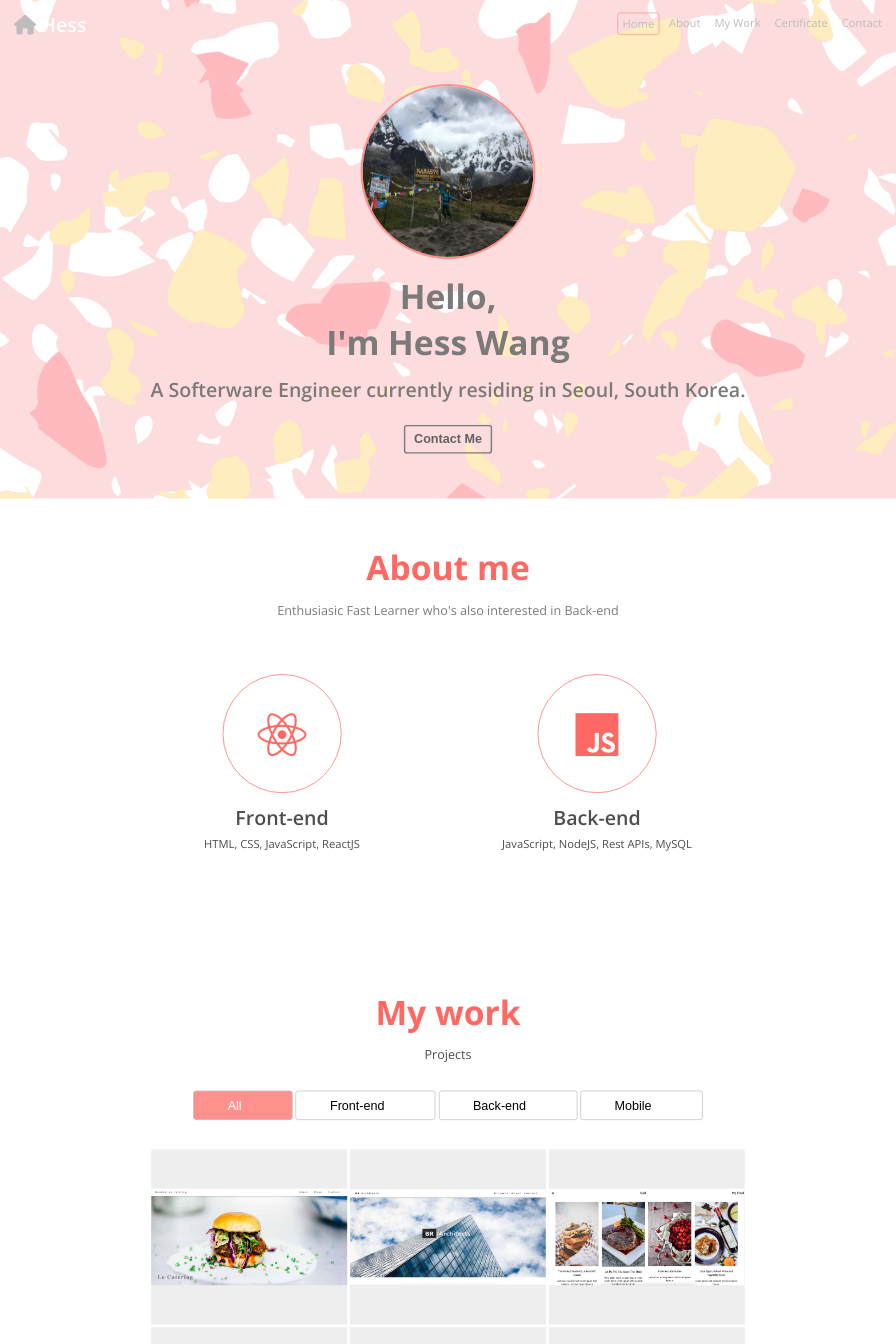
Repository: hesshess/Portfolio
Page: index.html
These files come from the project's save history. The page is drawn as it stood at one moment and after the next save; the edit follows.
The browser window is 1280 px wide. The pictures show the part of the page from y = 0 to 1920 px (the page is 3375 px tall before and 3890 px after), at 70% of full size.
Some web libraries are served in a nearby version.

Above is the page before, as saved 2022-10-19 11:53:07.

### index.html
<!DOCTYPE html>
<html lang="en">
  <head>
    <meta charset="UTF-8" />
    <meta name="viewport" content="width=device-width, initial-scale=1.0" />
    <title>Hess's Portfolio</title>
    <meta
      name="description"
      content="Portfolio for world-renowed software engineer Hess"
    />
    <meta name="author" content="Hess" />
    <link rel="icon" type="image/png" href="imgs/favicon.png" />
    <script
      src="https://kit.fontawesome.com/1af2041847.js"
      crossorigin="anonymous"
    ></script>
    <link
      href="https://fonts.googleapis.com/css2?family=Amatic+SC:wght@400;700&family=Open+Sans:wght@400;600;700&display=swap"
      rel="stylesheet"
    />
    <link rel="stylesheet" href="style.css" />
    <script src="main.js" defer></script>
  </head>
  <body>
    <!-- Navbar -->
    <nav id="navbar">
      <div class="navbar__logo">
        <i class="fas fa-home"></i>
        <a href="#">Hess</a>
      </div>
      <div class="navbar__menu">
        <ul class="navbar__menu">
          <li class="navbar__menu__item active" data-link="#home">Home</li>
          <li class="navbar__menu__item" data-link="#about">About</li>
          <li class="navbar__menu__item" data-link="#work">My Work</li>
          <li class="navbar__menu__item" data-link="#testimonials">
            Certificate
          </li>
          <li class="navbar__menu__item" data-link="#contact">Contact</li>
        </ul>
      </div>
      <!-- Toggle button -->
      <button class="navbar__toggle-btn">
        <i class="fas fa-bars"></i>
      </button>
    </nav>
    <!-- Home -->
    <section id="home">
      <div class="home__container">
        <img
          src="imgs/profile.JPG"
          alt="Hess's profile Photo"
          class="home__avatar"
        />

        <h1 class="home__title">Hello, <br />I'm Hess Wang</h1>
        <h2 class="home__description">
          A Softerware Engineer currently residing in Seoul, South Korea.
        </h2>
        <button class="home__contact" data-link="#contact">Contact Me</button>
      </div>
    </section>

    <!-- About -->

    <section id="about" class="section section__container">
      <h1>About me</h1>
      <p>Enthusiasic Fast Learner who's also interested in Back-end</p>
      <div class="about__majors">
        <div class="major">
          <div class="major__icon">
            <i class="fab fa-react"></i>
          </div>
          <h2 class="major__title">Front-end</h2>
          <div class="major__description">
            HTML, CSS, JavaScript, ReactJS
          </div>
        </div>
        <div class="major">
          <div class="major__icon">
            <i class="fab fa-js"></i>
          </div>
          <h2 class="major__title">Back-end</h2>
          <div class="major__description">
            JavaScript, NodeJS, Rest APIs, MySQL
          </div>
        </div>
      </div>
    </section>


    <!-- Work -->
    <section id="work" class="section">
      <div class="section__container">
        <h1>My work</h1>
        <h3>Projects</h3>
        <div class="work__categories">
          <button class="category__btn active" data-filter="*">
            All<span class="category__count">8</span>
          </button>
          <button class="category__btn" data-filter="front-end">
            Front-end<span class="category__count">3</span>
          </button>
          <button class="category__btn" data-filter="back-end">
            Back-end<span class="category__count">3</span>
          </button>
          <button class="category__btn" data-filter="mobile">
            Mobile<span class="category__count">2</span>
          </button>
        </div>

        <div class="work__projects">
          <a
          href="https://hesshess.github.io/clonecoding-assignment/1-gourtmet-au-catering/template1.html"
          class="project"
          target="blank"
          data-type="front-end"
        >
          <img
            src="./imgs/work/template1.png"
            alt="Youtube"
            class="project__img"
          />
          <div class="project__description">
            <h3>Youtube Site</h3>
            <span>Clone coding with HTML and CSS</span>
          </div>
        </a>
        <a
          href="https://hesshess.github.io/clonecoding-assignment/2-ba-architects/template2.html"
          class="project"
          target="blank"
          data-type="front-end"
        >
          <img
            src="./imgs/work/template2.png"
            alt="Youtube"
            class="project__img"
          />
          <div class="project__description">
            <h3>Youtube Site</h3>
            <span>Clone coding with HTML and CSS</span>
          </div>
        </a>
        <a
          href="https://hesshess.github.io/clonecoding-assignment/3-food-blog/template3.html"
          class="project"
          target="blank"
          data-type="front-end"
        >
          <img
            src="./imgs/work/template3.png"
            alt="Youtube"
            class="project__img"
          />
          <div class="project__description">
            <h3>Youtube Site</h3>
            <span>Clone coding with HTML and CSS</span>
          </div>
        </a>
        <a
          href="https://hesshess.github.io/clonecoding-assignment/4-wedding-invitation/template4.html"
          class="project"
          target="blank"
          data-type="front-end"
        >
          <img
            src="./imgs/work/template4.png"
            alt="Youtube"
            class="project__img"
          />
          <div class="project__description">
            <h3>Youtube Site</h3>
            <span>Clone coding with HTML and CSS</span>
          </div>
        </a>
        <a
          href="https://hesshess.github.io/clonecoding-assignment/5-nature-portfolio/template5.html"
          class="project"
          target="blank"
          data-type="front-end"
        >
          <img
            src="./imgs/work/template5.png"
            alt="Youtube"
            class="project__img"
          />
          <div class="project__description">
            <h3>Youtube Site</h3>
            <span>Clone coding with HTML and CSS</span>
          </div>
        </a>
          <a
            href="깃허브링크"
            class="project"
            target="blank"
            data-type="back-end"
          >
            <img src="imgs/projects/2.jpg" alt="Youtube" class="project__img" />
            <div class="project__description">
              <h3>Youtube Site</h3>
              <span>Clone coding with HTML and CSS</span>
            </div>
          </a>
          <a
            href="깃허브링크"
            class="project"
            target="blank"
            data-type="mobile"
          >
            <img src="imgs/projects/3.jpg" alt="Youtube" class="project__img" />
            <div class="project__description">
              <h3>Youtube Site</h3>
              <span>Clone coding with HTML and CSS</span>
            </div>
          </a>
          <a
            href="깃허브링크"
            class="project"
            target="blank"
            data-type="mobile"
          >
            <img src="imgs/projects/3.jpg" alt="Youtube" class="project__img" />
            <div class="project__description">
              <h3>Youtube Site</h3>
              <span>Clone coding with HTML and CSS</span>
            </div>
          </a>
        </div>
      </div>
    </section>
    <!-- Testimonials -->
    <section id="testimonials" class="section">
      <div class="section__container">
        <h1>Coding Challenges</h1>
        <h3>Look what I'vd learned!</h3>
        <div class="testimonials">
          <div class="testimonial">
            <img
              src="imgs/testimonial/certificate1.jpg"
              class="testimonial__avatar"
            />
            <div class="testimonial__description">
              <h3>이젠 - 풀스택 웹개발자 6개월 과정</h3>
              <span>HTML, CSS, Javascript, React, Node, MySQL</span>
            </div>
          </div>

          <div class="testimonial">
            <img
              src="imgs/testimonial/nomad1.jpg"
              class="testimonial__avatar"
            />
            <div class="testimonial__description">
              <h3>노마드코드 - 카카오 클론 2주 챌린지</h3>
              <span>HTML5, CSS3, Flexbox, Github</span>
          </div>
          </div>
          <div class="testimonial">
            <img
              src="imgs/testimonial/nomad2.jpg"
              class="testimonial__avatar"
            />
            <div class="testimonial__description">
              <h3>노마드코드 - 바닐라 JS 2주 챌린지</h3>
              <span>HTML5, CSS3, VanillaJS</span>
          </div></div>
          <div class="testimonial">
            <img
              src="imgs/testimonial/nomad3.jpg"
              class="testimonial__avatar"
            />
            <div class="testimonial__description">
              <h3>노마드코드 - CSS LAYOUT 2주 챌린지</h3>
              <span>Flexbox, Grid, Scss</span>
          </div>
        </div>
      </div>
    </section>
    <!-- Contact -->
    <section id="contact" class="section">
      <h1 class="contact__title">Let's talk</h1>
      <h2>
        <a href="mailto:hess90wang@gmail.com" class="contact__email"
          >hess90wang@gmail.com</a
        >
      </h2>
      <div class="contact__links">
        <a href="https://github.com/hesshess" target="_blank">
          <i class="fab fa-github"></i>
        </a>
        <a
          href="https://www.linkedin.com/in/hess-wang-294197254/"
          target="_blank"
        >
          <i class="fa fa-linkedin-square"></i
        ></a>
      </div>
      <p class="contact__rights">2020 HESS Cottage - All rights reserved</p>
    </section>

    <!-- Arrow up -->
    <button class="arrow-up">
      <i class="fas fa-arrow-up"></i>
    </button>
  </body>
</html>

### style.css
/* Global */
:root {
  /* Color */

  --color-white: #ffffff;

  --color-light-white: #eeeeee;

  --color-dark-white: #bdbdbd;

  --color-pink: #fe918d;

  --color-dark-pink: #ff6863;

  --color-dark-grey: #4d4d4d;

  --color-grey: #616161;

  --color-light-grey: #7c7979;

  --color-blue: #73aace;

  --color-yellow: #fff7d1;

  --color-orange: #feb546;

  --color-black: #000000;

  /* Font size */

  --font-large: 48px;

  --font-medium: 28px;

  --font-regular: 18px;

  --font-small: 16px;

  --font-micro: 14px;

  /* Font weight */

  --weight-bold: 700;

  --weight-semi-bold: 600;

  --weight-regular: 400;

  /* Size */
  --size-border-radius: 4px;

  /* Animation */
  --animation-duration: 300ms;
}

/* Universal tags */
* {
  box-sizing: border-box;
}

body {
  margin: 0;
  font-family: "Open Sans", sans-serif;
  cursor: default;
}

a {
  text-decoration: none;
  color: var(--color-white);
}
ul {
  list-style: none;
  padding-left: 0;
}
li {
  list-style: none;
}

button {
  background-color: transparent;
  cursor: pointer;
  border: none;
  outline: none;
}

/* Typography */
h1 {
  font-size: var(--font-large);
  font-weight: var(--weight-bold);
  color: var(--color-dark-pink);
  margin: 16px 0;
}

h2 {
  font-size: var(--font-medium);
  font-weight: var(--weight-semi-bold);
  color: var(--color-dark-grey);
  margin: 8px 0;
}

h3 {
  font-size: var(--font-regular);
  font-weight: var(--weight-regular);
  color: var(--color-dark-grey);
  margin: 8px 0;
}

p {
  font-size: var(--font-regular);
  font-weight: var(--weight-regular);
  color: var(--color-light-grey);
  margin: 4px 0;
}

/* Navbar */
#navbar {
  position: fixed;
  width:100%;
  display: flex;
  justify-content: space-between;
  background-color: transparent;
  align-items: center;
  color: var(--color-dark-white);
  padding: 10px;
  transition: all var(--animation-duration) ease-in-out;
  z-index:1;
}
#navbar.navbar--dark{
  background-color: var(--color-pink);
  color:var(--color-white);
  padding: 5px;

}
.navbar__menu {
  display: flex;
  margin: 4px 0;
}

.navbar__logo {
  font-size: var(--font-medium);
  font-weight: var(--weight-semi-bold);
  padding-left: 10px;
}
.navbar__menu__item {
  padding: 4px 6px;
  margin: 0 4px;
  cursor: pointer;
  border-radius: var(--size-border-radius);
}

.navbar__menu__item.active {
  border: 1.5px solid var(--color-pink);
}

.navbar__menu__item:hover {
  background-color: var(--color-dark-pink);
  border-radius: var(--size-border-radius);
}

.navbar__toggle-btn{
  position: absolute;
  top:10px;
  right:16px;
  font-size: 24px;
  color:var(--color-white);
  display:none;

}

/* Home */
#home {
  background: url("imgs/home-background.png") center/cover no-repeat;
  padding: 40px;
  padding-top:120px;
  text-align: center;
}

.home__avatar {
  width: 250px;
  height: 250px;
  border-radius: 50%;
  border: 3px solid var(--color-pink);
}

.home__title,
.home__description {
  color: var(--color-light-grey);
}
.home__contact {
  color: var(--color-grey);
  font-size: var(--font-regular);
  font-weight: var(--weight-bold);
  margin: 24px;
  padding: 8px 12px;
  border: 2px solid var(--color-light-grey);
  border-radius: var(--size-border-radius);
}

/* Section Common*/
.section {
  text-align: center;
  padding: 50px;
  margin: auto;
}

.section__container {
  max-width: 1000px;
  margin: auto;
}

/* About */
.about__majors {
  display: flex;
  justify-content: space-around;
  margin: 80px 0;
}


.major__icon {
  width: 170px;
  height: 170px;
  font-size: 70px;
  line-height: 170px;
  color: var(--color-dark-pink);
  margin: auto;
  border: 1px solid var(--color-dark-pink);
  border-radius: 50%;
  margin-bottom: 16px;
}

.major__icon i {
  transition: all var(--animation-duration) ease;
}

.major__icon:hover i {
  color: var(--color-pink);
  transform: rotate(30deg) scale(1.2);
}

.major__title,
.major__description {
  color: var(--color-dark-grey);
}

.major__description {
  font-size: var(--font-small);
}

.job {
  display: flex;
  align-items: center;
}

.job__description {
  margin: 0 16px;
  text-align: left;
}

.job__name,
.job__period {
  color: var(--color-light-grey);
}

.job__name {
  font-size: var(--font-small);
}

.job__period {
  font-size: var(--font-micro);
}

.job__logo {
  width: 80px;
  height: 80px;
  border-radius: 50%;
  margin-right: 20px;
}

/* Skill */
#skills {
  background-color: var(--color-yellow);
}

.skillset {
display: flex;
background-color:var(--color-light-grey);
color:var(--color-light-white);
margin:20px 0;
}

.skillset__title{
    color:var(--color-white);

}

.skillset__left{
flex-basis: 60%;
background-color:var(--color-dark-grey);
padding: 20px 40px;
}

.skill{
  margin-bottom: 32px;
}

.skill__description{
    display:flex;
    justify-content: space-between;

}

.skill__bar{
  width: 100%;
  height:3px;
  background-color: var(--color-grey);

}
.skill__value{
  height:3px;
  background-color: var(--color-orange);
}

.skillset__right{
flex-basis: 40%;
}

.tools {
    background-color: var(--color-grey);
}

.tools, .etx{
  padding: 20px;
}

/* Work */


.work__categories {
  margin:40px;
}
.category__btn{
  border: 1px solid var(--color-dark-white);
  border-radius:  var(--size-border-radius);
  font-size:var(--font-regular);
  padding: 8px 48px;
}

.category__btn.active, .category__btn:hover{
  background-color: var(--color-pink);
  color: var(--color-white);
}

.category__btn .active .category__count,.category__btn:hover .category__count {
  opacity: 1;
  top: 0;
}



.category__count{
  background-color: var(--color-orange);
  border-radius: 50%;
  color:var(--color-white);
  width:24px;
  height:24px;
  display: inline-block;
  line-height: 24px ;
  position:relative;
  top: -20px;
  left:4px;
  opacity:0;
  transition: all var(--animation-duration) ease-in;

}

 .work__projects{
   display:flex;
   flex-wrap:wrap;
   justify-content: center;
   opacity:1;
   transition: all var(--animation-duration) ease-out;

 }
 .work__projects.anim-out{
   opacity:0;
   transform: scale(0.96) translateY(40px);
 }

 .project {
   position: relative;
   display:flex;
   justify-content: center;
   align-items: center;
   width:280px;
   height:250px;
   margin:2px;
   background-color: var(--color-light-white);

 }
 .project.invisible{
   display:none;
 }

 .project__img{
   max-width:100%;
   max-height:100%;
 }

 .project__description, .testimonial__description{
   position: absolute;
   background-color: black;
   display: flex;
   flex-direction: column;
   justify-content: center;
   width:100%;
   height:100%;
   top:0;
   left:0;
   opacity:0;
   transform:translateY(10px);
   transition: all var(--animation-duration) ease-in;
 }
 .testimonial__description{
  padding: 10px;
  font-size: 0.7em;
  width:150px;
  height:150px;
  border-radius: 10px;
  color:var(--color-white);
 }

 .project:hover .project__description{
opacity:0.8;
transform:translateY(0px);
 }

 .testimonial:hover .testimonial__description{
  opacity:0.8;
  transform:translateY(0px);
   }

 .project__description h3{
   color:var(--color-white);
 }

 .project__description h3:after{
   display: block;
   content:'';
   position: relative;
   left:50%;
   width:25px;
   height:2px;
   margin-left: -12px;
   margin-top: 8px;
   background-color: var(--color-dark-white);
 }


/* testimonial */
#testimonials{
  background-color:rgb(255, 186, 191) #FFECBF;

}

.testimonials {
  margin: 40px;
  display: flex;
  justify-content: space-around;
}

.testimonial{
  display: flex;
margin:32px 0;
transition: all var(--animation-duration) ease-in;
}
.testimonial:hover {
  transform: scale(1.5);
}
.testimonial .project__description{
  opacity:0.8;
  transform:translateY(0px);
   }

.testimonial__avatar{
  width:150px;
  height:150px;
  border-radius: 10px;

}
.testimonial__avatar:nth-child(odd){
  margin-right:40px;
}
.testimonial__avatar:nth-child(even){
  margin-left:40px;
}

.testimonial__speech-bubble{
  padding:18px;
  background-color: var(--color-white);
  border-radius: var(--size-border-radius);
}

.testimonial__speech-bubble p {
  color: var(--color-light-grey);

}

.testimonial__speech-bubble a{
  color: var(--color-pink);
}

/* Contact */

#contact{
  background-color: var(--color-dark-pink);


}
.contact__title, .contact__email, .contact__rights{
  color: var(--color-white);
}

.contact__title{
  margin: 32px 0;

}

.contact__links{
  font-size: var(--font-large);
  margin: 24px 0px;
  transition: all var(--animation-duration) ease-in;

}

.contact__links i:hover {
  transform: scale(1.3);
  color:var(--color-orange);

}


/* Scroll */
.arrow-up{
  position:fixed;
  bottom: 50px;
  right:50px;
  width:70px;
  height:70px;
  font-size: 50px;
  background-color: var(--color-pink);
  color: var(--color-white);
  border-radius: 50%;
  opacity:0;
  pointer-events: none ;
  transition: all var(--animation-duration) ease-in
}

.arrow-up.visible {
  opacity:1;
  pointer-events: auto;
}


/* For below 768px screen width */

@media screen and (max-width:768px){
.navbar__toggle-btn{
  display:block;

}
#navbar{
  font-display: column;
align-items:flex-start;
}
.navbar__menu{
  flex-direction: column;
  text-align: center;
  width:100%;
  display:none;

}

.about__majors{
  flex-direction: column;

}
.major{
margin-bottom: 38px;

}

.skillset {
  flex-direction: column;

}

.project{
  flex-grow: 1;
}

.testimonial__avatar{
  width:80px;
  height:80px;
}



}

Loaded but not shown: main.js (81 lines, source omitted)

After the next save:
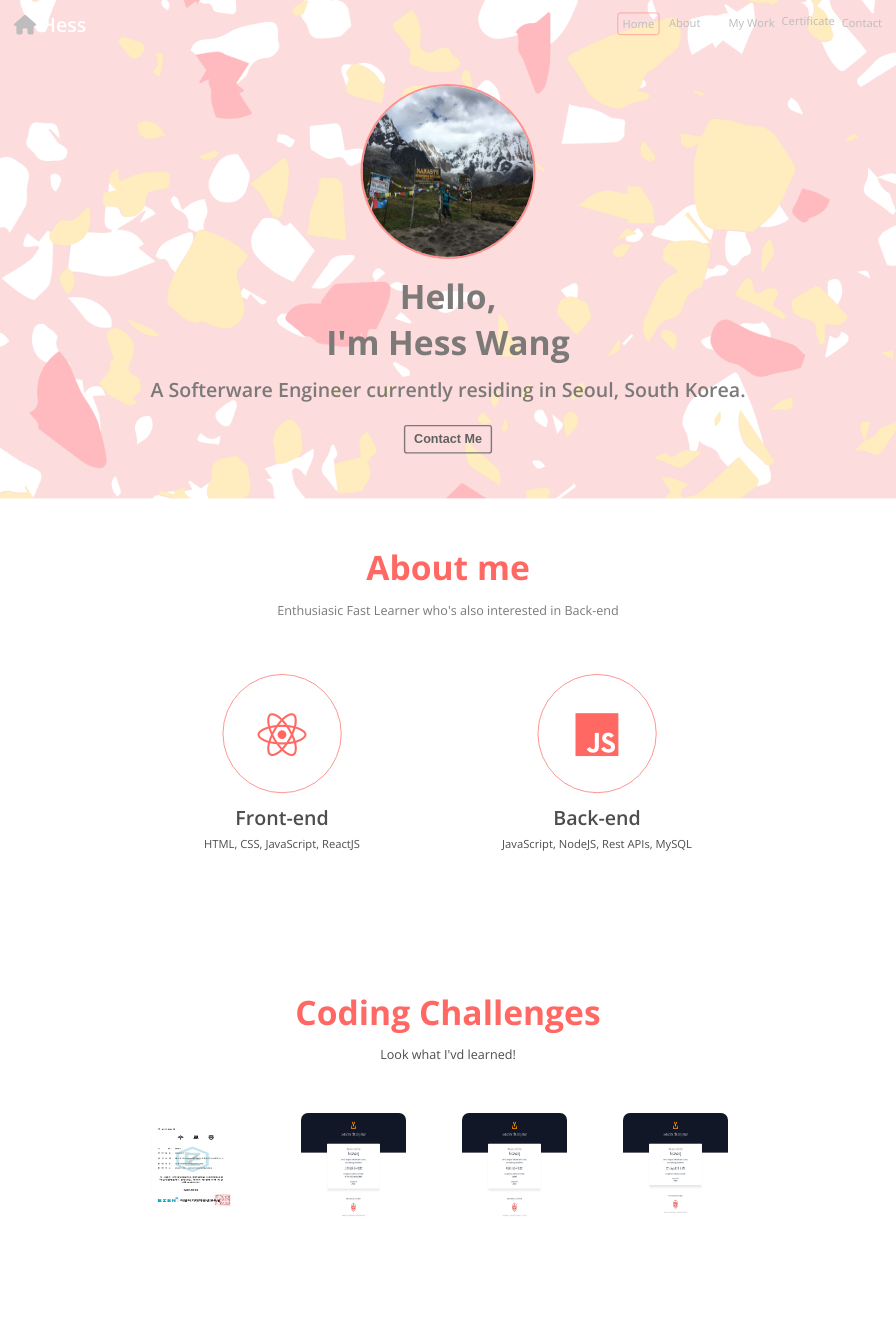
Saved 67 s later.
--- a/index.html
+++ b/index.html
@@ -32,8 +32,9 @@
         <ul class="navbar__menu">
           <li class="navbar__menu__item active" data-link="#home">Home</li>
           <li class="navbar__menu__item" data-link="#about">About</li>
+          <li class="navbar__menu__item" data-link="#testimonials">
           <li class="navbar__menu__item" data-link="#work">My Work</li>
-          <li class="navbar__menu__item" data-link="#testimonials">
+
             Certificate
           </li>
           <li class="navbar__menu__item" data-link="#contact">Contact</li>
@@ -88,6 +89,53 @@
       </div>
     </section>
 
+    <section id="testimonials" class="section">
+      <div class="section__container">
+        <h1>Coding Challenges</h1>
+        <h3>Look what I'vd learned!</h3>
+        <div class="testimonials">
+          <div class="testimonial">
+            <img
+              src="imgs/testimonial/certificate1.jpg"
+              class="testimonial__avatar"
+            />
+            <div class="testimonial__description">
+              <h3>이젠 - 풀스택 웹개발자 6개월 과정</h3>
+              <span>HTML, CSS, Javascript, React, Node, MySQL</span>
+            </div>
+          </div>
+
+          <div class="testimonial">
+            <img
+              src="imgs/testimonial/nomad1.jpg"
+              class="testimonial__avatar"
+            />
+            <div class="testimonial__description">
+              <h3>노마드코드 - 카카오 클론 2주 챌린지</h3>
+              <span>HTML5, CSS3, Flexbox, Github</span>
+          </div>
+          </div>
+          <div class="testimonial">
+            <img
+              src="imgs/testimonial/nomad2.jpg"
+              class="testimonial__avatar"
+            />
+            <div class="testimonial__description">
+              <h3>노마드코드 - 바닐라 JS 2주 챌린지</h3>
+              <span>HTML5, CSS3, VanillaJS</span>
+          </div></div>
+          <div class="testimonial">
+            <img
+              src="imgs/testimonial/nomad3.jpg"
+              class="testimonial__avatar"
+            />
+            <div class="testimonial__description">
+              <h3>노마드코드 - CSS LAYOUT 2주 챌린지</h3>
+              <span>Flexbox, Grid, Scss</span>
+          </div>
+        </div>
+      </div>
+    </section>
 
     <!-- Work -->
     <section id="work" class="section">
